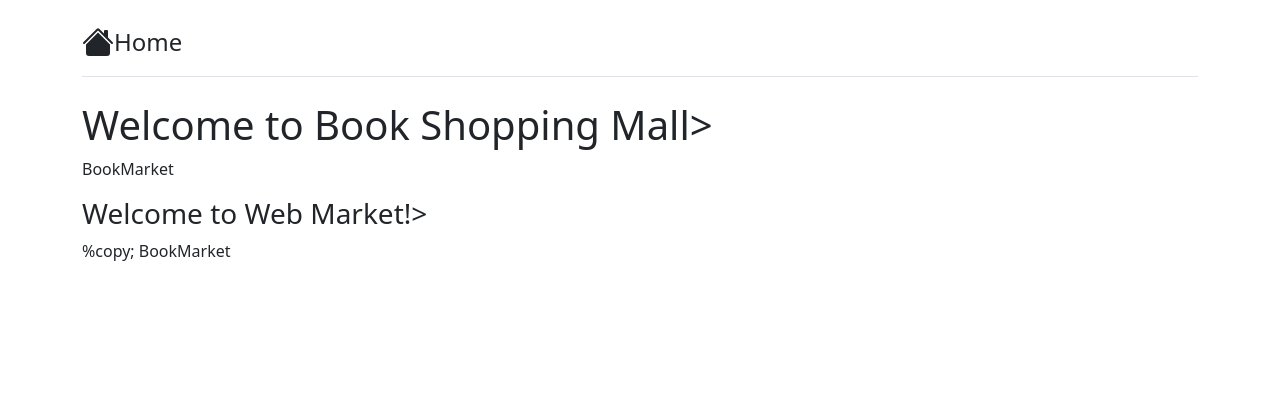
Repository: sanghyunlee7680/JSP-practice
Page: http://localhost/bookmarket/
These files come from the project's save history. The page is drawn as it stood at one moment and after the next save; the edit follows.
The browser window is 1280 px wide. The pictures show the whole page.
The page is served by Tomcat 10. Other server files are loaded and not shown.

Above is the page before, as saved 2024-10-08 02:30:37.

### bookmarket/src/main/webapp/welcome.jsp
<%@ page language="java" contentType="text/html; charset=UTF-8"
    pageEncoding="UTF-8"%>
<!DOCTYPE html>
<html>
<head>
<meta charset="UTF-8">
<title>Insert title here</title>
<link href="https://cdn.jsdelivr.net/npm/bootstrap@5.3.0-alpha1/dist/css/bootstrap.min.css" rel="stylesheet">
</head>
<body>
	<div class="container py-4">
		<header class="pb-3 mb-4 border-bottom">
			<a href="./welcome.jsp" class="d-flex align-items-center text-dark text-decoration-none">
				<svg  width="32" height="32" fill="currentColor" class="bi bi-house-fill" viewBox="0 0 16 16">
            		<path d="M8.707 1.5a1 1 0 0 0-1.414 0L.646 8.146a.5.5 0 0 0 .708.708L8 2.207l6.646 6.647a.5.5 0 0 0 .708-.708L13 5.793V2.5a.5.5 0 0 0-.5-.5h-1a.5.5 0 0 0-.5.5v1.293L8.707 1.5Z"/>
            		<path d="m8 3.293 6 6V13.5a1.5 1.5 0 0 1-1.5 1.5h-9A1.5 1.5 0 0 1 2 13.5V9.293l6-6Z"/>
        		</svg>
        		<span class="fs-4">Home</span>
			</a>
		</header>
		<%!
		String greeting = "Welcome to Book Shopping Mall";
		String tagline = "Welcome to Web Market!";
		%>
		<div>
			<h1><%=greeting  %>></h1>
			<p>BookMarket</p>
		</div>
		<div>
			<div>
				<div>
					<h3><%=tagline  %>></h3>
				</div>
			</div>
		</div>
		<footer>
			%copy; BookMarket
		</footer>
	</div>

</body>
</html>

After the next save:
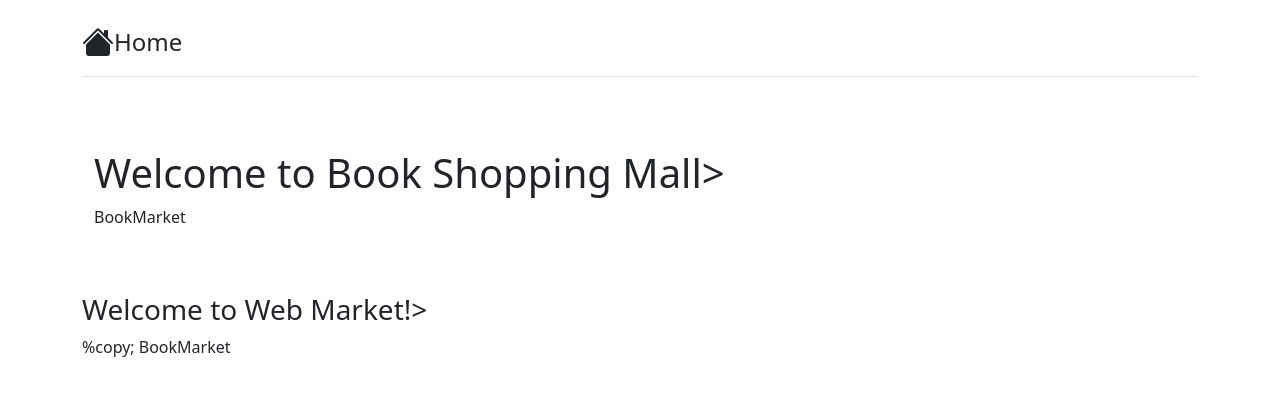
Saved 11 s later.
--- a/bookmarket/src/main/webapp/welcome.jsp
+++ b/bookmarket/src/main/webapp/welcome.jsp
@@ -22,7 +22,7 @@
 		String greeting = "Welcome to Book Shopping Mall";
 		String tagline = "Welcome to Web Market!";
 		%>
-		<div>
+		<div class="container-fluid py-5">
 			<h1><%=greeting  %>></h1>
 			<p>BookMarket</p>
 		</div>
